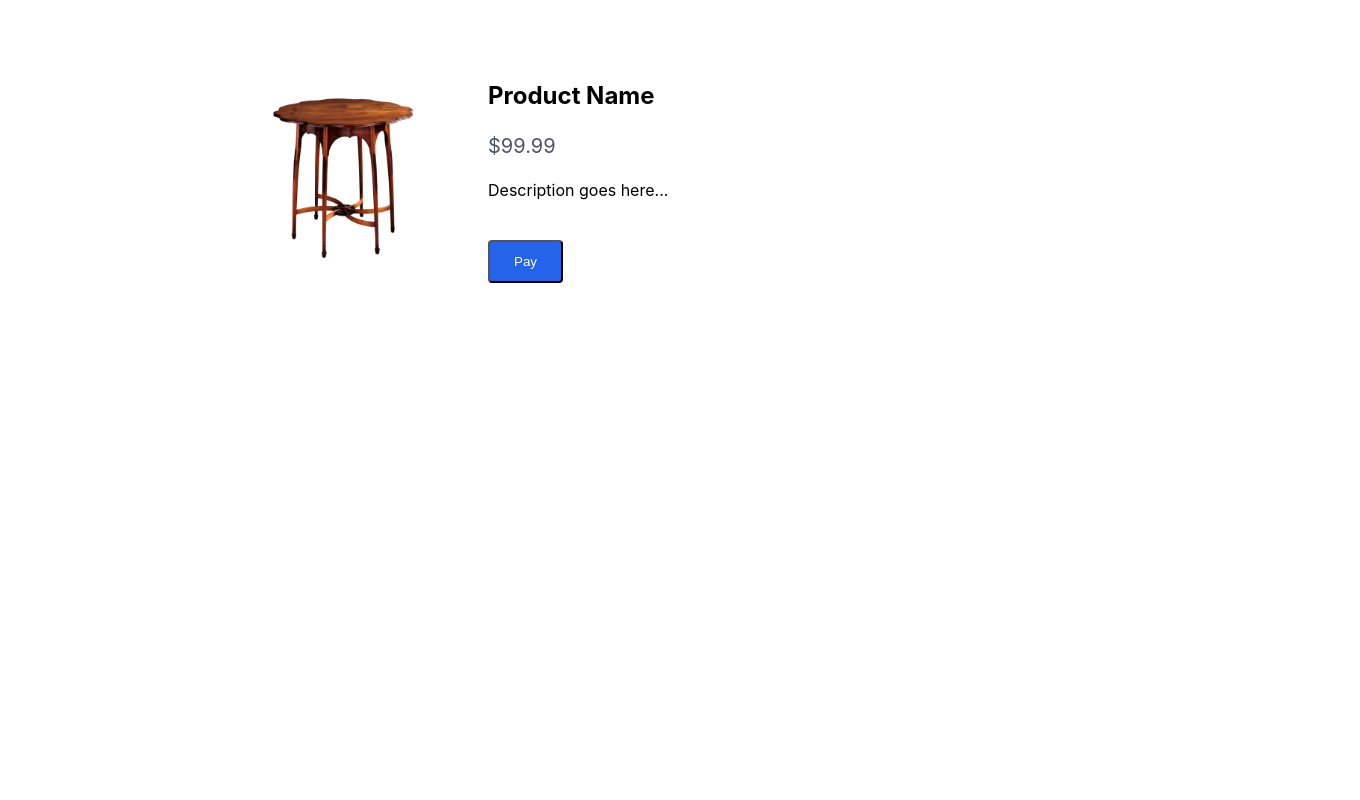
Repository: PayinGate/placeholder-client
Page: /
The author's editor kept a copy of each file at every save. The page is drawn from the files as they stood at one save, then again after the next save.
The browser window is 1280 px wide. The page is 1360 px wide, so the pictures cover 1360 px, including what lies to the right of the window. The pictures show the whole page.
The project was rebuilt for these pictures with package versions that can differ from the ones it lists, and the page was loaded fresh each time.

Above is the page before, as saved 2025-11-15 23:46:04.

After the next save:
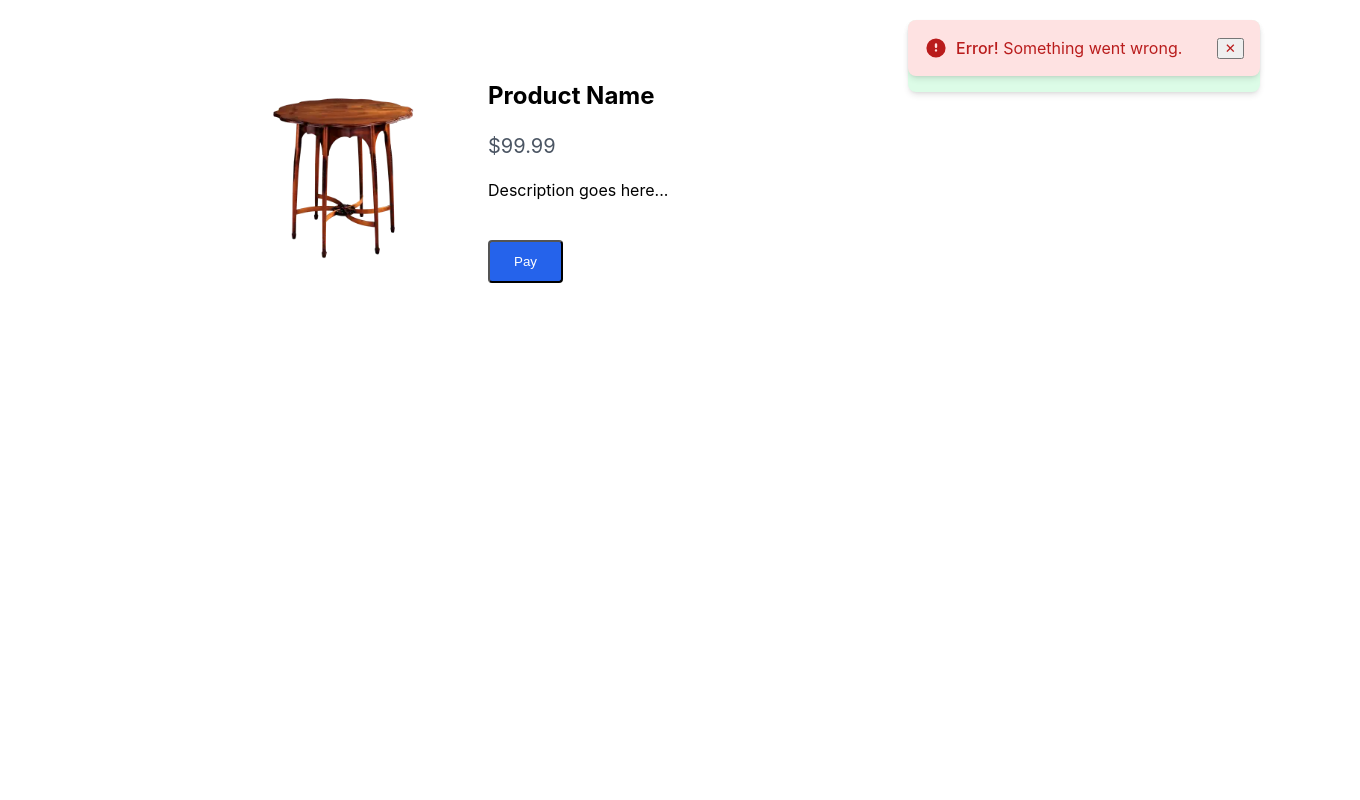
Saved 11 s later.
--- a/src/App.js
+++ b/src/App.js
@@ -49,7 +49,7 @@ function App() {
 
 
 
-<div id="successToast" class="fixed top-5 right-5 hidden flex items-center p-4 mb-4 w-80 text-green-700 bg-green-100 rounded-lg shadow-md" role="alert">
+<div id="successToast" class="fixed top-5 right-5  flex items-center p-4 mb-4 w-80 text-green-700 bg-green-100 rounded-lg shadow-md" role="alert">
     <svg class="w-6 h-6 mr-2" fill="currentColor" viewBox="0 0 20 20">
       <path fill-rule="evenodd" d="M10 18a8 8 0 100-16 8 8 0 000 16zm3.707-9.707a1 1 0 00-1.414-1.414L9 10.586 7.707 9.293a1 1 0 00-1.414 1.414l2 2a1 1 0 001.414 0l4-4z" clip-rule="evenodd"></path>
     </svg>
@@ -61,7 +61,7 @@ function App() {
     </button>
   </div>
 
-  <div id="errorToast" class="fixed top-5 right-5 hidden flex items-center p-4 mb-4 w-80 text-red-700 bg-red-100 rounded-lg shadow-md" role="alert">
+  <div id="errorToast" class="fixed top-5 right-5  flex items-center p-4 mb-4 w-80 text-red-700 bg-red-100 rounded-lg shadow-md" role="alert">
     <svg class="w-6 h-6 mr-2" fill="currentColor" viewBox="0 0 20 20">
       <path fill-rule="evenodd" d="M10 18a8 8 0 100-16 8 8 0 000 16zm-1-9V7a1 1 0 112 0v2a1 1 0 11-2 0zm1 4a1 1 0 100-2 1 1 0 000 2z" clip-rule="evenodd"></path>
     </svg>
